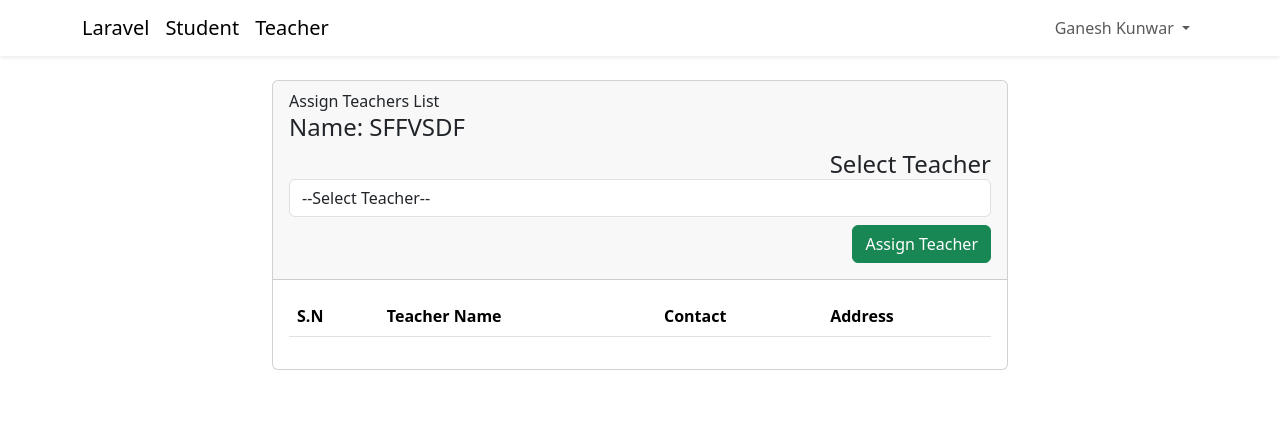
Repository: kunwarganesh07/Example
Page: http://localhost/assign/teachers/4
The author's editor kept a copy of each file at every save. The page is drawn from the files as they stood at one save, then again after a run of saves.
The browser window is 1280 px wide. The pictures show the whole page.
The page is served by the project's Laravel application, run on PHP 8.4 with Laravel 12. The first stored user is signed in. The database holds what the project's SQL file puts in it.

Above is the page before, as saved 2025-11-19 15:01:14.

After the next 2 saves:
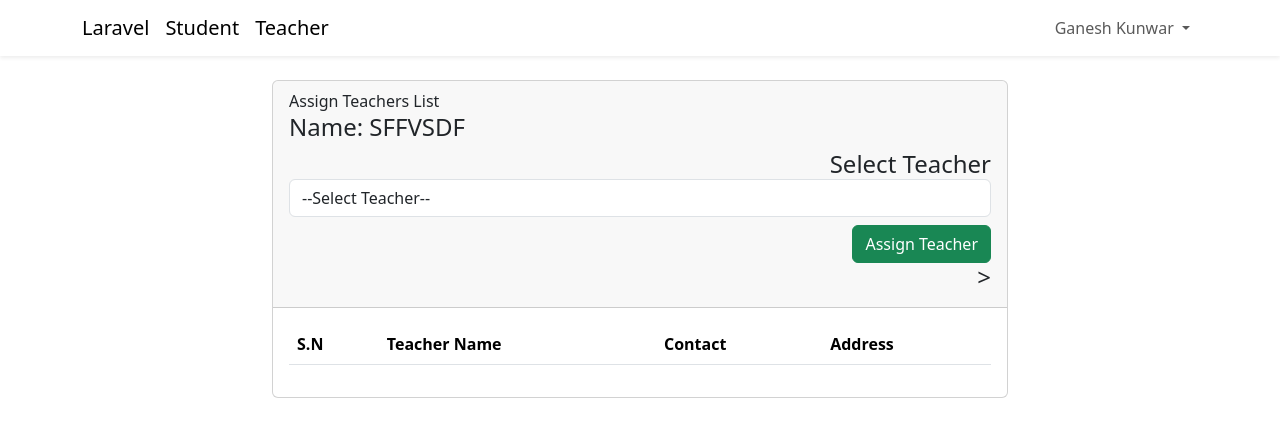
The 2 saves are shown as one change because they came seconds apart.
The last was saved 56 s later.
--- a/resources/views/student/assignteacher.blade.php
+++ b/resources/views/student/assignteacher.blade.php
@@ -10,18 +10,24 @@
                         <h4 class="text-end">
                             <form action="{{ route('assignteachers.store') }}" method="POST">
                                 @csrf
-                                <input type="hidden" name='student_id' value="{{ $data->id }}">
+
+                                <input type="hidden" name="student_id" value="{{ $data->id }}">
+
                                 <div class="form-group">
-                                    <label for="">Select Teacher</label>
-                                    <Select class="form-control" name="teacher_id">
+                                    <label>Select Teacher</label>
+
+                                    <select class="form-control" name="teacher_id">
                                         <option value="" selected disabled>--Select Teacher--</option>
+
                                         @foreach ($teachers as $teacher)
                                             <option value="{{ $teacher->id }}">{{ $teacher->name }}</option>
                                         @endforeach
-                                    </Select>
+                                    </select>
 
                                     <button type="submit" class="btn btn-success mt-2">Assign Teacher</button>
                                 </div>
+                            </form>
+                            >
                             </form>
                         </h4>
                     </div>

After the save that followed:
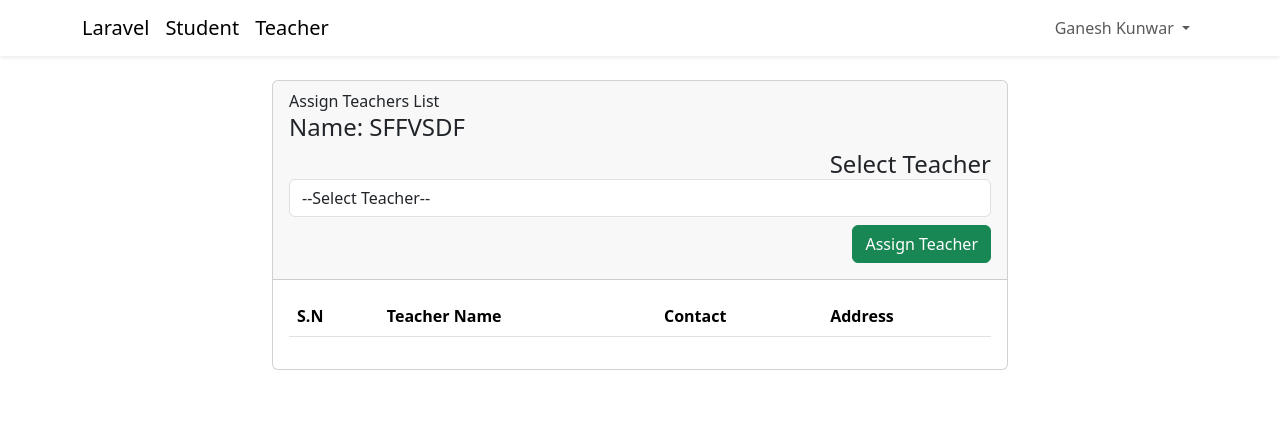
Saved 11 s later.
--- a/resources/views/student/assignteacher.blade.php
+++ b/resources/views/student/assignteacher.blade.php
@@ -26,8 +26,6 @@
 
                                     <button type="submit" class="btn btn-success mt-2">Assign Teacher</button>
                                 </div>
-                            </form>
-                            >
                             </form>
                         </h4>
                     </div>
